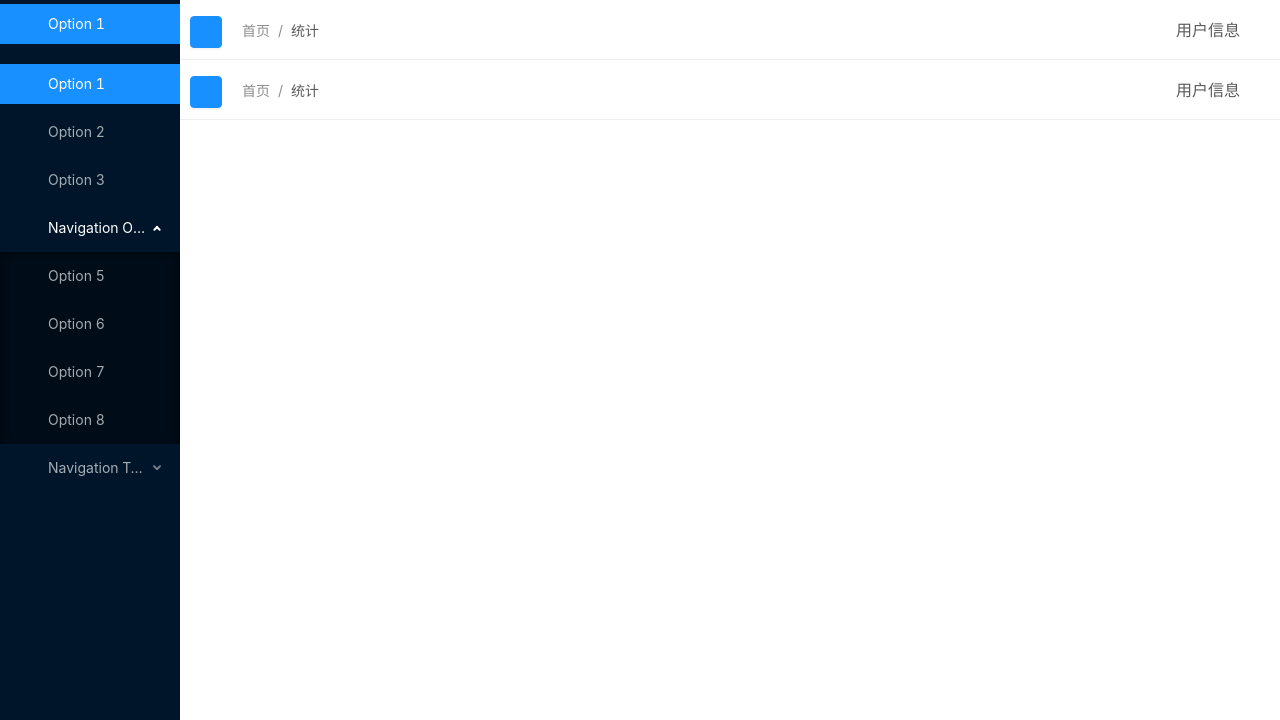
Repository: Ysleave/mall-app
Page: /
The author's editor kept a copy of each file at every save. The page is drawn from the files as they stood at one save, then again after the next save.
The browser window is 1280 px wide. The pictures show the whole page.
The project was rebuilt for these pictures with package versions that can differ from the ones it lists, and the page was loaded fresh each time. Also part of the build but not shown: src/views/login.vue.

Above is the page before, as saved 2021-01-15 22:53:48.

### public/index.html
<!DOCTYPE html>
<html lang="en">
  <head>
    <meta charset="utf-8">
    <meta http-equiv="X-UA-Compatible" content="IE=edge">
    <meta name="viewport" content="width=device-width,initial-scale=1.0">
    <link rel="icon" href="<%= BASE_URL %>favicon.ico">
    <title>student</title>
  </head>
  <body>
    <noscript>
      <strong>We're sorry but student doesn't work properly without JavaScript enabled. Please enable it to continue.</strong>
    </noscript>
    <div id="app"></div>
    <!-- built files will be auto injected -->
  </body>
</html>

### src/main.js
import Vue from 'vue'
import Antd from 'ant-design-vue';
import App from './App.vue'
import router from './route/router'
import store from './store'
import 'ant-design-vue/dist/antd.css';
import './assets/css/reset.css'

Vue.config.productionTip = false
Vue.use(Antd);

new Vue({
  router,
  store,
  render: h => h(App)
}).$mount('#app')

### src/App.vue
<template>
  <div id="app" class="wrapper">
    <home/>
    <router-view></router-view>
  </div>
</template>
<script>
import home from '@/views/home'
export default {
  components:{
    home
  },
}
</script>

### src/route/router.js
import Vue from 'vue'
import Router from 'vue-router'
import Home from '@/views/home.vue'
import Login from '@/views/login.vue'
Vue.use(Router)

export default new Router({
  mode: 'history',
  routes:[
    {
      path:'/',
      component:Home,
      name:"Home"
    },
    {
      path:'/login',
      name:Login,
      component:Login
    }
  ],
  linkActiveClass:'active'
})

### src/store.js
import Vue from 'vue'
import Vuex from 'vuex'


Vue.use(Vuex)

export default new Vuex.Store({
  state: {
    collapsed:false
  },
  mutations: {
     changeCollapsed(state){
       state.collapsed = !state.collapsed
     }
  },
  actions: {
    changeCollapsed({commit}){
      commit("changeCollapsed")
    }
  }
})

### src/assets/css/reset.css
body, h1, h2, h3, h4, h5, h6, hr, p, blockquote, dl, dt, dd, ul, ol, li, pre, form, fieldset, legend, button, input, textarea, th, td { margin:0; padding:0; }
body, button, input, select, textarea { font:12px/1.5tahoma, arial, \5b8b\4f53; }
h1, h2, h3, h4, h5, h6{ font-size:100%; }
address, cite, dfn, em, var { font-style:normal; }
code, kbd, pre, samp { font-family:couriernew, courier, monospace; }
small{ font-size:12px; }
ul, ol { list-style:none; }
a { text-decoration:none; }
a:hover { text-decoration:underline; }
sup { vertical-align:text-top; }
sub{ vertical-align:text-bottom; }
legend { color:#000; }
fieldset, img { border:0; }
button, input, select, textarea { font-size:100%; }
table { border-collapse:collapse; border-spacing:0; }

### src/views/home.vue
<!-- 页面根组件 -->
<template>
  <div class="home">
    <leftMenu/>
    <mainContent />
  </div>
</template>

<script>
import leftMenu from "@/views/leftMenu";
import mainContent from "@/views/mainContent";

export default {
  components: {
    leftMenu,
    mainContent,
  },
  data() {
    return {};
  },
  computed: {},
  methods: {},
  //生命周期 - 创建完成（可以访问当前this实例）
  created() {},
  //生命周期 - 挂载完成（可以访问DOM元素）
  mounted() {},
};
</script>
<style lang="less">
// @import url("~@/assets/css/home.less"); //引入公共css类
.home {
    .menu-list {
      width: 180px;
      position: fixed;
      height: 100%;
      .ant-menu {
        height: 100%;
      }
    }
  .mainContentWrapper {
    margin-left: 180px;
    transition: all 0.3s;
    font-size: 16px;
    &.menu-unfold {
      margin-left: 80px;
    }
    .headWrapper {
      height: 60px;
      line-height: 60px;
      padding-left: 10px;
      padding-right: 20px;
      border-bottom: 1px solid #eee;
      .breadcrumb {
        display: inline-block;
        margin-left: 20px;
      }
      .userInfo {
        float: right;
        cursor: pointer;
        text-align: center;
        li:not(:first-child) {
          display: none;
          &:hover {
            background-color: #eee;
            color: #999;
            font-weight: 700;
          }
        }
        li {
          padding: 0px 20px;
        }
        &:hover {
          li {
            display: block;
          }
        }
      }
    }
  }
}
</style>

### src/views/leftMenu.vue
<template>
    <div class="menu-list">
      <a-menu
        :default-selected-keys="['1']"
        :default-open-keys="['sub1']"
        mode="inline"
        theme="dark"
        :inline-collapsed="$store.state.collapsed"
      >
        <a-menu-item key="1">
          <a-icon type="pie-chart" />
          <span>Option 1</span>
        </a-menu-item>
        <a-menu-item key="2">
          <a-icon type="desktop" />
          <span>Option 2</span>
        </a-menu-item>
        <a-menu-item key="3">
          <a-icon type="inbox" />
          <span>Option 3</span>
        </a-menu-item>
        <a-sub-menu key="sub1">
          <span slot="title"
            ><a-icon type="mail" /><span>Navigation One</span></span
          >
          <a-menu-item key="5">
            Option 5
          </a-menu-item>
          <a-menu-item key="6">
            Option 6
          </a-menu-item>
          <a-menu-item key="7">
            Option 7
          </a-menu-item>
          <a-menu-item key="8">
            Option 8
          </a-menu-item>
        </a-sub-menu>
        <a-sub-menu key="sub2">
          <span slot="title"
            ><a-icon type="appstore" /><span>Navigation Two</span></span
          >
          <a-menu-item key="9">
            Option 9
          </a-menu-item>
          <a-menu-item key="10">
            Option 10
          </a-menu-item>
          <a-sub-menu key="sub3" title="Submenu">
            <a-menu-item key="11">
              Option 11
            </a-menu-item>
            <a-menu-item key="12">
              Option 12
            </a-menu-item>
          </a-sub-menu>
        </a-sub-menu>
      </a-menu>
    </div>
</template>

<script>
export default {
  data() {
    return {

    };
  },
};
</script>
<style></style>

### src/views/mainContent.vue
<!--  -->
<template>
  <div :class="{ mainContentWrapper: true, 'menu-unfold': $store.state.collapsed }">
    <div class="headWrapper">
      <a-button
        type="primary"
        style="margin-bottom: 16px"
        @click="toggleCollapsed"
      >
        <a-icon :type="$store.state.collapsed ? 'menu-unfold' : 'menu-fold'" />
      </a-button>
      <div class="breadcrumb">
        <template>
          <a-breadcrumb>
            <a-breadcrumb-item>首页</a-breadcrumb-item>
            <a-breadcrumb-item><a href="">统计</a></a-breadcrumb-item>
          </a-breadcrumb>
        </template>
      </div>
      <ul class="userInfo">
        <li> 用户信息</li>
        <li>退出</li>
      </ul>
    </div>
  </div>
</template>

<script>
export default {
  components: {},
  methods: {
    toggleCollapsed() {
      this.$store.dispatch("changeCollapsed");
    },
  },
  //生命周期 - 创建完成（可以访问当前this实例）
  created() {},
  //生命周期 - 挂载完成（可以访问DOM元素）
  mounted() {},
};
</script>
<style lang="less" scoped>
//@import url(); 引入公共css类
</style>

After the next save:
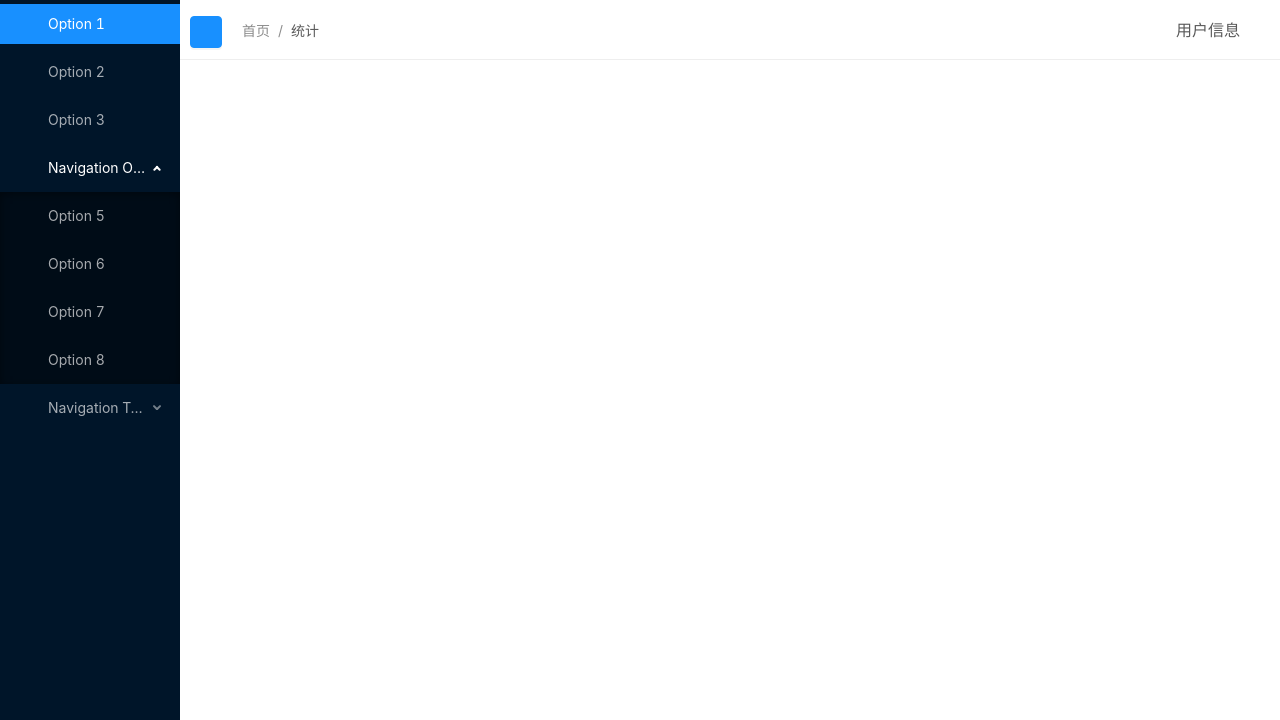
Saved 9 s later.
--- a/src/App.vue
+++ b/src/App.vue
@@ -1,6 +1,6 @@
 <template>
   <div id="app" class="wrapper">
-    <home/>
+    <!-- <home/> -->
     <router-view></router-view>
   </div>
 </template>
